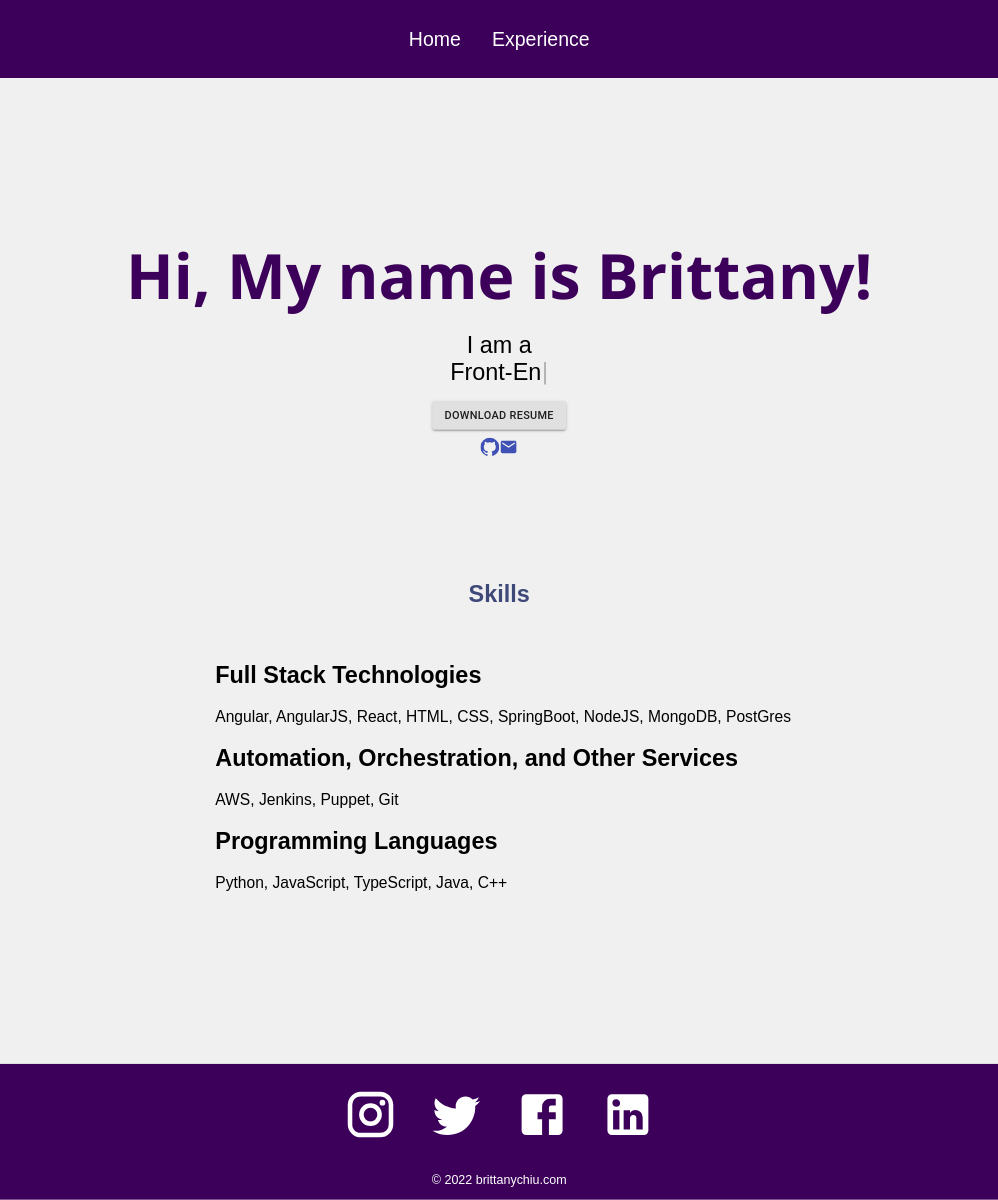
Repository: chiubacca94/chiufolio
Page: /
An editor plug-in stored every save of this project. The page is shown before and after a run of saves, followed by the edit.
The browser window is 1280 px wide. The pictures show the whole page, at 78% of full size.
The project was rebuilt for these pictures with package versions that can differ from the ones it lists, and the page was loaded fresh each time. Also part of the build but not shown: src/components/Projects/Projects.js, src/components/Experiences/Experiences.css, src/components/Experiences/Experiences.js.

Above is the page before, as saved 2022-07-04 23:09:57.

After the next 2 saves:
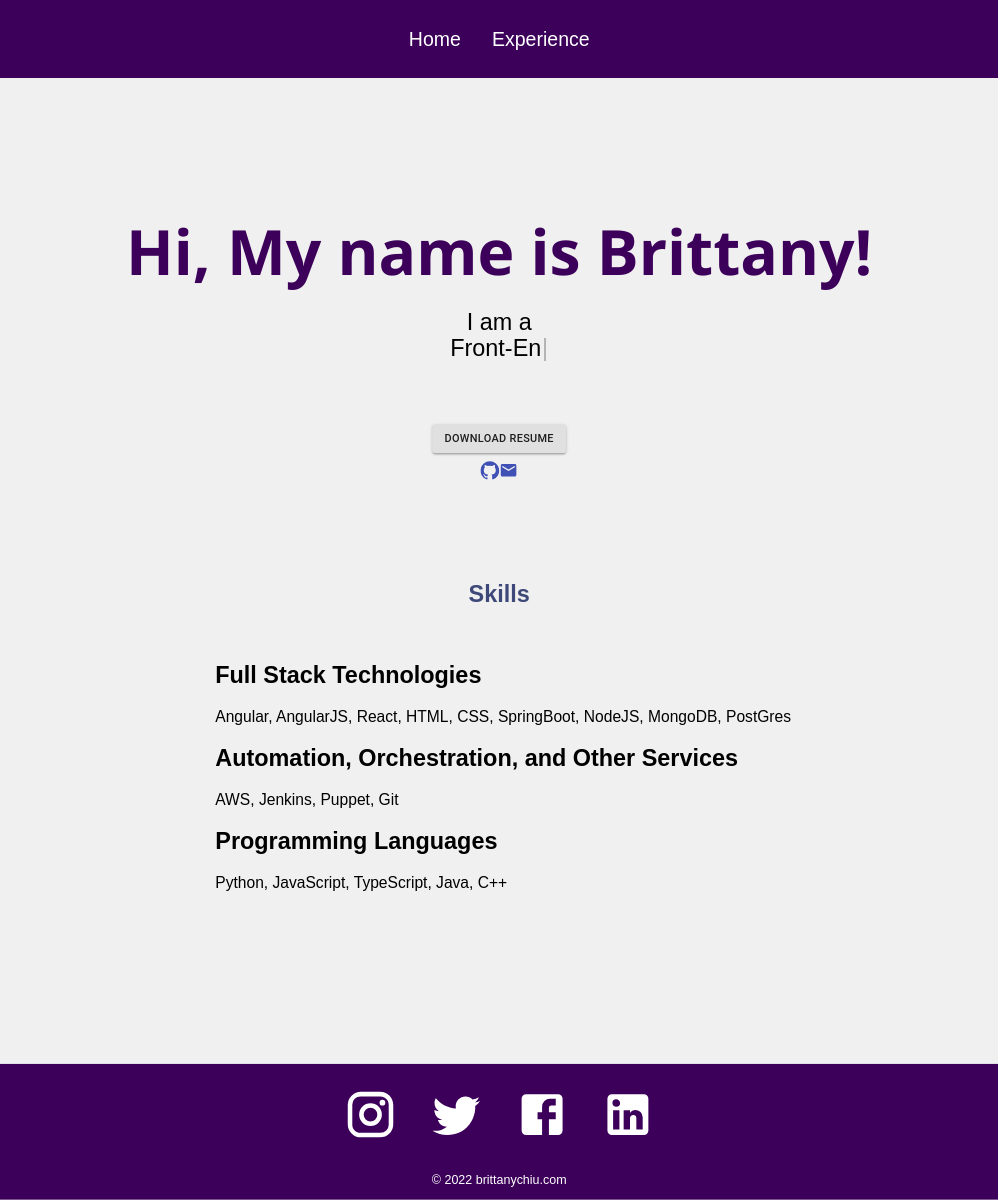
The 2 saves are shown as one change because they came seconds apart.
The last was saved 23 s later.
--- a/src/components/Home/Home.css
+++ b/src/components/Home/Home.css
@@ -30,7 +30,7 @@
     padding-top: 10px;
     width: 40%;
     font-size: 30px;
-    margin-bottom: 20px;
+    margin-bottom: 80px;
   }
   .prompt svg {
     font-size: 60px;
